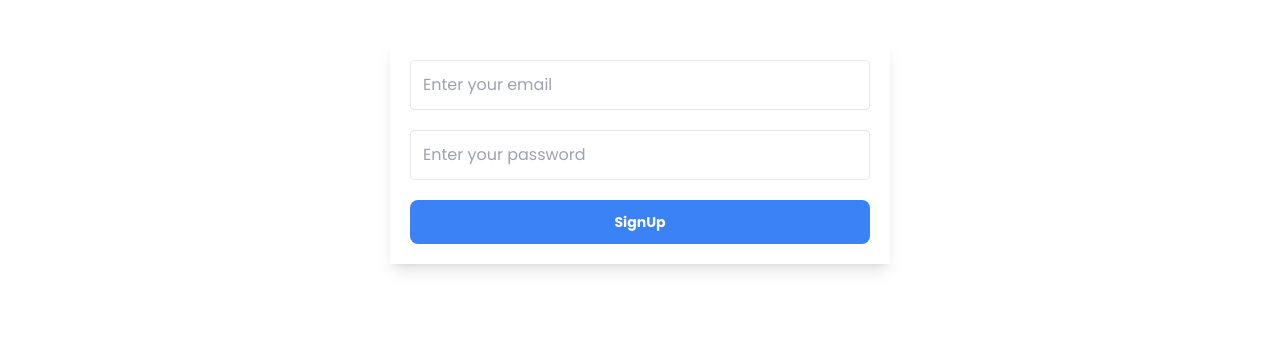
Repository: ThanhPhongsof/React-Course
Page: /
An editor plug-in stored every save of this project. The page is shown before and after the next save, followed by the edit.
The browser window is 1280 px wide. The pictures show the whole page.
The project was rebuilt for these pictures with package versions that can differ from the ones it lists, and the page was loaded fresh each time.

Above is the page before, as saved 2022-04-28 08:44:34.

### src/index.js
import React from "react";
import ReactDOM from "react-dom";
import App from "./App";
import reportWebVitals from "./reportWebVitals";
import "./index.scss";
import { BrowserRouter } from "react-router-dom";

// ReactDOM.render(
//   <React.StrictMode>
//     <BrowserRouter>
//       <App />
//     </BrowserRouter>
//   </React.StrictMode>,
//   document.getElementById("root")
// );

ReactDOM.render(
  <BrowserRouter>
    <App />
  </BrowserRouter>,
  document.getElementById("root")
);

// If you want to start measuring performance in your app, pass a function
// to log results (for example: reportWebVitals(console.log))
// or send to an analytics endpoint. Learn more: https://bit.ly/CRA-vitals
reportWebVitals();

### src/App.js
import React from "react";
// import FirebaseApp from "./firebase/FirebaseApp";
import FirebaseAuth from "./firebase/FirebaseAuth";

const App = () => {
  return (
    <div>
      {/* <FirebaseApp></FirebaseApp> */}
      <FirebaseAuth></FirebaseAuth>
    </div>
  );
};

export default App;

### src/index.scss
@tailwind base;
@tailwind components;
@tailwind utilities;

@layer base {
  @import url("https://fonts.googleapis.com/css2?family=Poppins:wght@300;400;500;700&display=swap");
  body {
    font-family: "Poppins", sans-serif;
  }
}
.skeleton {
  background-color: #eee;
  background-image: linear-gradient(
    110deg,
    #ececec 8%,
    #f5f5f5 18%,
    #ececec 33%
  );
  background-size: 200% 100%;
  animation: 1.5s shine linear infinite;
}
@keyframes shine {
  to {
    background-position-x: -200%;
  }
}
.zoom-enter .content {
  opacity: 0;
  transform: scale(0.5);
}
.zoom-enter-active .content {
  opacity: 1;
  transform: scale(1);
}
.zoom-exit .content {
  opacity: 1;
}
.zoom-exit-active .content {
  opacity: 0;
  transform: scale(0.5);
}

// Fade

.fade-enter .tooltip {
  opacity: 0;
}
.fade-enter-active .tooltip {
  opacity: 1;
}
.fade-exit .tooltip {
  opacity: 1;
}
.fade-exit-active .tooltip {
  opacity: 0;
}

### src/firebase/FirebaseAuth.js
import React, { useState } from "react";
import {
  createUserWithEmailAndPassword,
  SignInWithPassword,
  SignOut,
  getAuth,
} from "firebase/auth";
import { auth } from "./firebase-config";

const FirebaseAuth = () => {
  const [values, setValues] = useState({ email: "", password: "" });

  const handleInputChange = (e) => {
    setValues({ ...values, [e.target.name]: e.target.value });
  };

  const handleCreateUser = async (e) => {
    e.preventDefault();
    const user = await createUserWithEmailAndPassword(
      auth,
      values.email,
      values.password
    );
    console.log(user);
    console.log("create user successfully");
  };

  return (
    <div className="p-10">
      <div className="w-full max-w-[500px] mx-auto shadow-lg p-5 mb-10">
        <form onSubmit={handleCreateUser}>
          <input
            type="text"
            name="email"
            className="w-full p-3 mb-5 border border-gray-200 rounded outline-none focus:border-blue-500"
            placeholder="Enter your email"
            onChange={handleInputChange}
          />
          <input
            type="text"
            name="password"
            className="w-full p-3 mb-5 border border-gray-200 rounded outline-none focus:border-blue-500"
            placeholder="Enter your password"
            onChange={handleInputChange}
          />
          <button
            type="submit"
            className="w-full p-3 text-sm font-semibold text-white bg-blue-500 rounded-lg"
          >
            SignUp
          </button>
        </form>
      </div>
    </div>
  );
};

export default FirebaseAuth;

### src/firebase/firebase-config.js
import { initializeApp } from "firebase/app";
import { getFirestore } from "firebase/firestore";
import { getAuth } from "firebase/auth";

const firebaseConfig = {
  apiKey: "AIzaSyC355FgwykDKntB_YGE6tMUu9vuh2xR9gM",
  authDomain: "learn-firebase-14a19.firebaseapp.com",
  projectId: "learn-firebase-14a19",
  storageBucket: "learn-firebase-14a19.appspot.com",
  messagingSenderId: "687668366156",
  appId: "1:687668366156:web:1a8d11b45bd537e9fe9de9",
  measurementId: "G-VD0FPZ8499",
};

// Initialize Firebase
const app = initializeApp(firebaseConfig);

// Init services
export const db = getFirestore(app);
export const auth = getAuth(app);

### tailwind.config.js
module.exports = {
  content: ["./src/**/*.{js,jsx,ts,tsx}"],
  theme: {
    extend: {
      backgroundImage: {
        "primary-gradient": `linear-gradient(
          86.88deg,
          #7d6aff 1.38%,
          #ffb86c 64.35%,
          #fc2872 119.91%
        )`,
        "secondary-gradient": `linear-gradient(86.88deg, #20e3b2, #2cccff)`,
      },
    },
  },
  plugins: [],
};

Loaded but not shown: public/index.html (common file); src/reportWebVitals.js (common file)

After the next save:
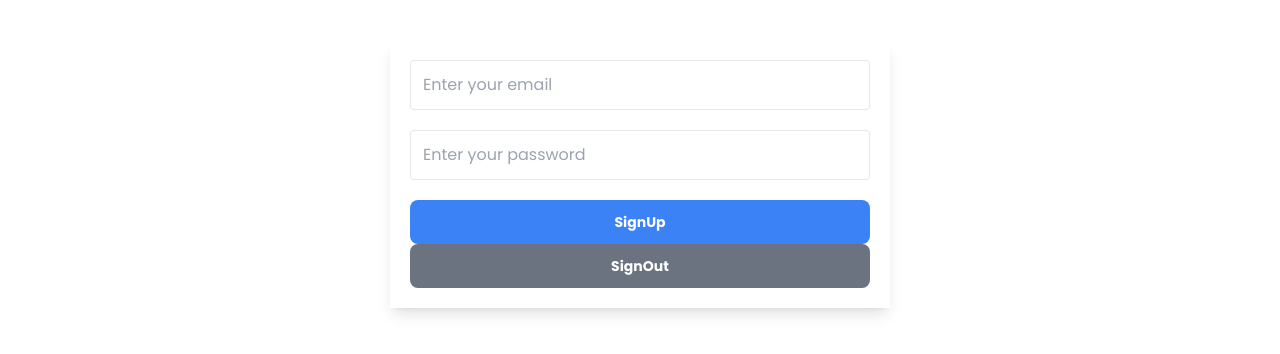
Saved 7 min 1 s later.
--- a/src/firebase/FirebaseAuth.js
+++ b/src/firebase/FirebaseAuth.js
@@ -50,6 +50,15 @@ const FirebaseAuth = () => {
             SignUp
           </button>
         </form>
+        <div>
+          <span></span>
+          <button
+            type="submit"
+            className="w-full p-3 text-sm font-semibold text-white bg-gray-500 rounded-lg"
+          >
+            SignOut
+          </button>
+        </div>
       </div>
     </div>
   );
